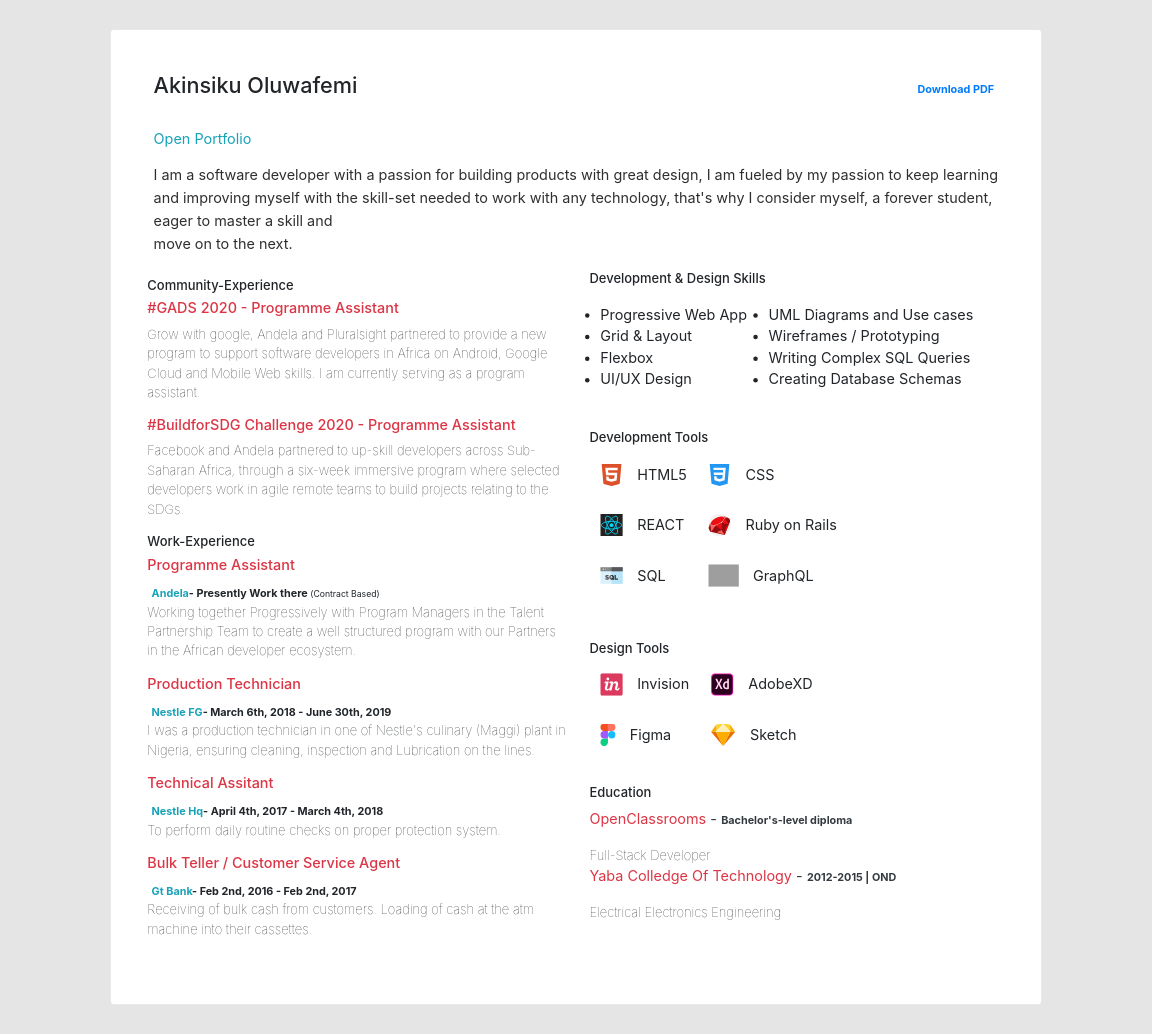
Repository: akinsikuoluwafemi/resume
Page: index.html
An editor plug-in stored every save of this project. The page is shown before and after a run of saves, followed by the edit.
The browser window is 1280 px wide. The pictures show the whole page, at 90% of full size.
Pictures or frames that could not be fetched are drawn as grey boxes. The style sheet was rebuilt from its Sass, Less or Tailwind sources for each picture, by a compiler version that may differ from the author's.

Above is the page before, as saved 2020-08-26 19:32:25.

### index.html
<!DOCTYPE html>
<html lang="en">

<head>
    <meta charset="UTF-8">
    <meta name="viewport" content="width=device-width, initial-scale=1.0">
    <meta http-equiv="X-UA-Compatible" content="ie=edge">
    <link rel="shortcut icon" type="image/png" href="./images/new-photo.png">

    <link rel="stylesheet" href="https://stackpath.bootstrapcdn.com/bootstrap/4.3.1/css/bootstrap.min.css" integrity="sha384-ggOyR0iXCbMQv3Xipma34MD+dH/1fQ784/j6cY/iJTQUOhcWr7x9JvoRxT2MZw1T"
        crossorigin="anonymous" />
    <link rel="stylesheet" href="./resume.css">

    <title>Akinsiku Oluwafemi - Software Developer</title>
</head>

<body>

   <div class="col-sm-12 col-lg-10 m-auto">
       <!--  -->
        <div class="p-c container border px-3 py-4 px-lg-5 py-lg-5 ">
            <header class="row">
                <div class="col d-flex align-items-center">
                    <h4 class="header__name mr-auto">Akinsiku Oluwafemi</h4>
                    <a href="./images/newresume.pdf" download="Femi_Akinsiku_resume.pdf" class="badge">Download PDF</a>
                </div>
            </header>
            <div class="row mt-4">
                <a href="https://femiakin.com/" target="_blank" class="col text-info">Open Portfolio</a>
            </div>

            <div class="row mt-3">
                <div class="col">
                    <p class="intro">I am a software developer with a passion for building products with great design, I am
                        fueled by my passion to keep learning and improving myself with the skill-set needed to work with
                        any
                        technology,
                        that's why I consider myself, a forever student, eager to master a skill and <br /> move on to the
                        next. </p>
                </div>
            </div>


            <div class="row">

                <div class="col col-lg-6 p-2  ">
                    <div>
                        <h5 class="item__header">Community-Experience</h5>

                        <h6 class="item__job text-danger">#GADS 2020 - Programme Assistant </h6>
                        <p class="item__description">Grow with google, Andela and Pluralsight partnered to provide a new
                            program to support
                            software developers in Africa on Android, Google Cloud and Mobile Web skills. I am currently
                            serving as a
                            program assistant.</p>

                    </div>

                    <div>



                        <h6 class="item__job text-danger">#BuildforSDG Challenge 2020 - Programme Assistant </h6>


                        <p class="item__description">Facebook and Andela partnered to up-skill developers across
                            Sub-Saharan
                            Africa,
                            through a six-week immersive program where selected developers work in agile remote
                            teams to build projects relating to the SDGs.
                        </p>

                    </div>




                    <!-- here -->
                    <div>
                        <h5 class="item__header">Work-Experience</h5>
                        <h6 class="item__job text-danger">Programme Assistant</h6>
                        <span class="badge"><span class="text-info">Andela</span>- Presently Work there <small>(Contract Based)</small></span>
                        <p class="item__description">Working together Progressively with Program Managers in the Talent Partnership Team to create a well structured program with our Partners in the
                        African developer ecosystem.</p>

                    </div>
                    <div>
                        <h6 class="item__job text-danger">Production Technician</h6>
                        <span class="badge"><span class="text-info">Nestle FG</span>- March 6th, 2018 - June 30th, 2019 </span>
                        <p class="item__description">I was a production technician in one of Nestle's culinary (Maggi)
                            plant in
                            Nigeria,
                            ensuring cleaning, inspection and Lubrication on the lines.</p>

                    </div>
                    <div>
                        <h6 class="item__job text-danger">Technical Assitant</h6>
                        <span class="badge"><span class="text-info">Nestle Hq</span>- April 4th, 2017 - March 4th, 2018</span>
                        <p class="item__description">To perform daily routine checks on proper protection system.
                        </p>

                    </div>
                    <div>
                        <h6 class="item__job text-danger">Bulk Teller / Customer Service Agent</h6>
                        <span class="badge"><span class="text-info">Gt Bank</span>- Feb 2nd, 2016 - Feb 2nd, 2017 </span>
                        <p class="item__description">Receiving of bulk cash from customers.
                            Loading of cash at the atm machine into their cassettes.
                            </p>

                    </div>
                    <!-- here2 -->


                </div>
                <div class="col col-lg-6 ">

                    <div>
                        <h5 class="item__header ">Development & Design Skills</h5>
                        <div class="d-flex ">
                            <ul class="list__item">
                                <li>Progressive Web App</li>
                                <li>Grid & Layout</li>
                                <li>Flexbox</li>
                                <li>UI/UX Design</li>


                            </ul>
                            <ul class="list__item">
                                <li>UML Diagrams and Use cases</li>
                                <li>Wireframes / Prototyping</li>
                                <li>Writing Complex SQL Queries</li>
                                <li>Creating Database Schemas</li>



                            </ul>
                        </div>


                    </div>

                    <div class="item__container">
                        <h5 class="item__header">Development Tools</h5>
                        <div class="d-flex ">
                            <ul class="list__item">
                                <div class="d-flex  mb-3">
                                    <img src="./images/html5.svg" />
                                    <p class="ml-3">HTML5</p>
                                </div>
                                <div class="d-flex  mb-3">
                                    <img src="./images/react-1.svg" />
                                    <p class="ml-3">REACT</p>
                                </div>
                                <div class="d-flex ">
                                    <img src="./images/sql.svg" />
                                    <p class="ml-3">SQL</p>
                                </div>

                            </ul>
                            <ul class="list__item ">
                                <div class="d-flex  mb-3">
                                    <img src="./images/css-3.svg" />
                                    <p class="ml-3">CSS</p>
                                </div>
                                <div class="d-flex  mb-3">
                                    <img src="./images/ruby.svg" />
                                    <p class="ml-3">Ruby on Rails</p>
                                </div>
                                <div class="d-flex ">
                                    <img src="./images/graphql-icon.svg" />
                                    <p class="ml-3">GraphQL</p>
                                </div>


                            </ul>
                        </div>


                    </div>

                    <!-- here -->

                    <div class="item__contain">
                        <h5 class="item__header">Design Tools</h5>
                        <div class="d-flex ">
                            <ul class="list__item">
                                <div class="d-flex mb-3">
                                    <img src="./images/invision.svg" />
                                    <p class="ml-3">Invision</p>
                                </div>
                                <div class="d-flex ">
                                    <img src="./images/figma-1.svg" />
                                    <p class="ml-3">Figma</p>
                                </div>

                            </ul>
                            <ul class="list__item ">
                                <div class="d-flex  mb-3 ">
                                    <img src="./images/adobe-xd-1.svg" />
                                    <p class="ml-3">AdobeXD</p>
                                </div>
                                <div class="d-flex ">
                                    <img src="./images/sketch-2.svg" />
                                    <p class="ml-3">Sketch</p>
                                </div>


                            </ul>
                        </div>


                    </div>
                    <div class="edu">
                        <h5 class="item__header">Education</h5>
                        <p paragraph><a href="https://www.francecompetences.fr/recherche/rncp/27099/" class="text-danger text-info">OpenClassrooms
                            <span class="text-dark">-</span><span class="badge text-dark">Bachelor's-level diploma</span></a></p>

                        <span class="item__description "><a style="color: #212529" href="https://openclassrooms.com/en/paths/104-full-stack-developer">Full-Stack Developer</a></span>

                        <p class="text-danger paragraph pt-2">Yaba Colledge Of Technology <span class="text-dark">-</span><span class="badge text-dark">2012-2015
                                | OND</span></p>
                        <span class="item__description ">Electrical Electronics Engineering</span>


                    </div>



                </div>

            </div>


        </div>

        <!--  -->
   </div>










    <script src="https://code.jquery.com/jquery-3.3.1.slim.min.js" integrity="sha384-q8i/X+965DzO0rT7abK41JStQIAqVgRVzpbzo5smXKp4YfRvH+8abtTE1Pi6jizo"
        crossorigin="anonymous"></script>
    <script src="https://cdnjs.cloudflare.com/ajax/libs/popper.js/1.14.7/umd/popper.min.js" integrity="sha384-UO2eT0CpHqdSJQ6hJty5KVphtPhzWj9WO1clHTMGa3JDZwrnQq4sF86dIHNDz0W1"
        crossorigin="anonymous"></script>
    <script src="https://stackpath.bootstrapcdn.com/bootstrap/4.3.1/js/bootstrap.min.js" integrity="sha384-JjSmVgyd0p3pXB1rRibZUAYoIIy6OrQ6VrjIEaFf/nJGzIxFDsf4x0xIM+B07jRM"
        crossorigin="anonymous"></script>
</body>

</html>

### resume.scss


body {
    background-color: #E5E5E5;

    -webkit-font-smoothing: antialiased;
  -moz-osx-font-smoothing: grayscale;
}

.container {
    margin: 2rem auto;
    background-color: white;
    border-radius: .3rem;
}

.intro {
    font-size: 1rem;
    color: rgba(0,0,0,0.82);
    line-height: 1.6rem;
}


.text-info:hover{
    text-decoration: none;
}

img {
    height: 25px;
}



.item {

     &__contain {
        margin-bottom: 0rem;
        // background: red;
    }

    &__container {
        margin: 1rem 0!important;
    }

    &__dev {
         font-size: .9rem;
        margin-bottom: 1rem;
    }

    &__header {
        font-size: .9rem;
        margin-bottom: .5rem;
    }

    &__description {
        font-weight: 100;
        font-size: .9rem;
    }

}


.list__item {
    padding: 12px;
}

@media (max-width: 576px) {
    br {
        display: none;
    }
 }

 .paragraph {
   padding: 0!important;
 }

After the next 7 saves:
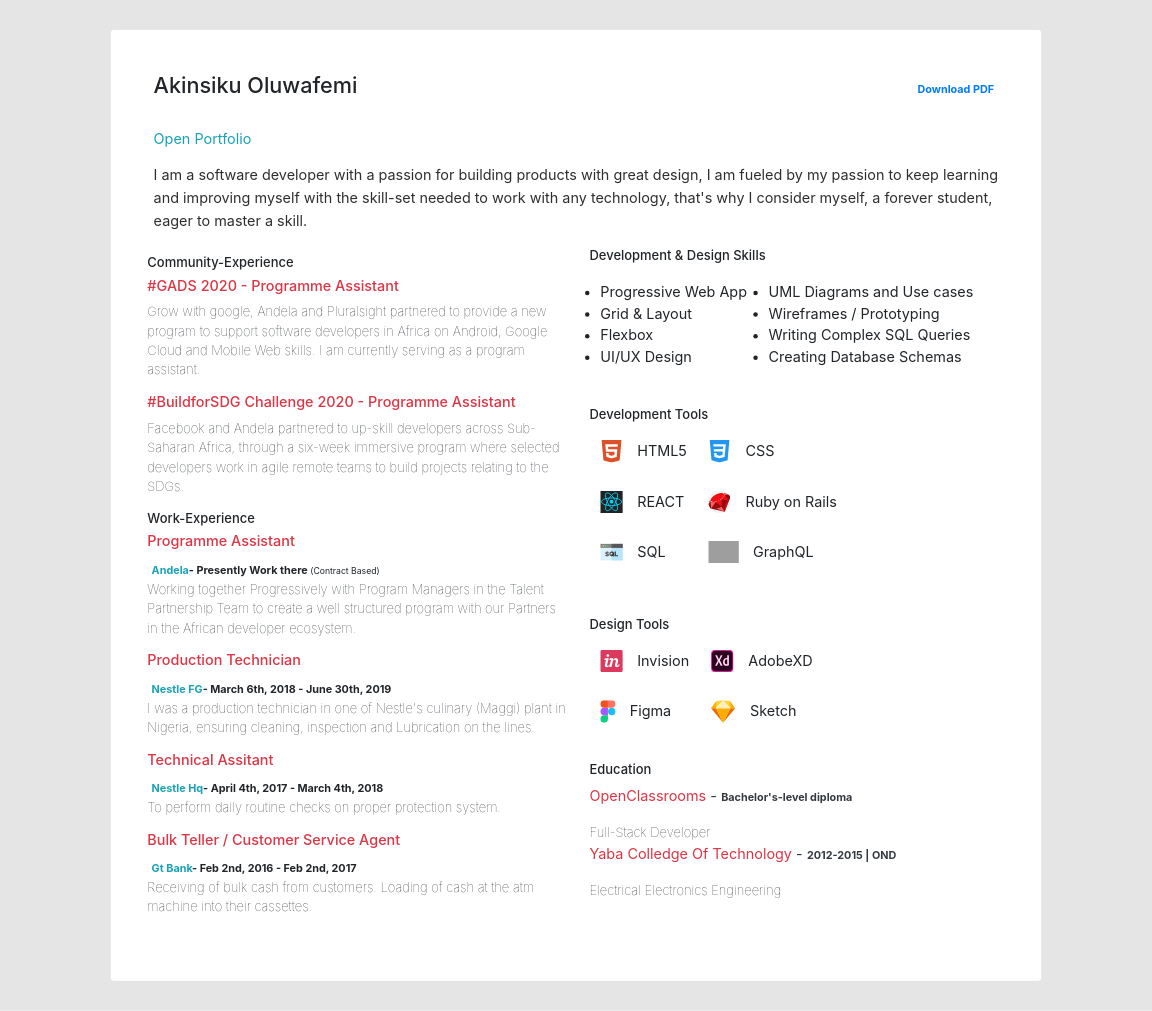
The 7 saves are shown as one change because they came seconds apart.
The last was saved 60 s later.
--- a/index.html
+++ b/index.html
@@ -35,8 +35,7 @@
                         fueled by my passion to keep learning and improving myself with the skill-set needed to work with
                         any
                         technology,
-                        that's why I consider myself, a forever student, eager to master a skill and <br /> move on to the
-                        next. </p>
+                        that's why I consider myself, a forever student, eager to master a skill.</p>
                 </div>
             </div>
 
